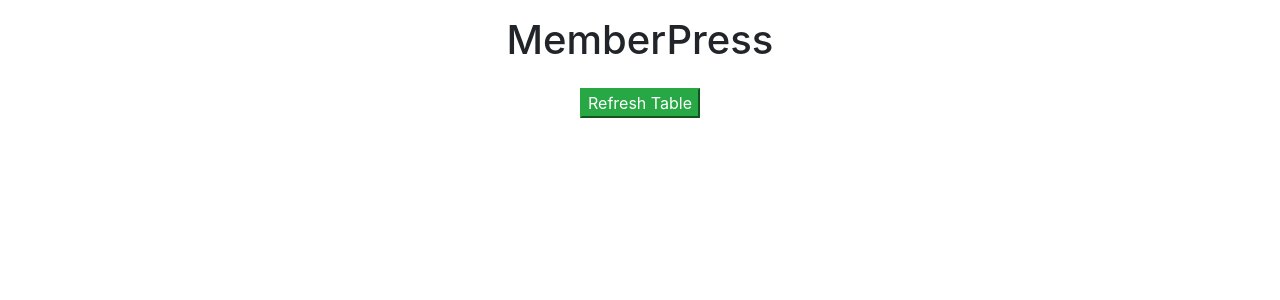
Repository: joeldelatte/JoelDelattemMemberPressChallenge
Page: public/index.html
The author's editor kept a copy of each file at every save. The page is drawn from the files as they stood at one save, then again after the next save.
The browser window is 1280 px wide. The pictures show the whole page.
The page's requests for data from a server got no answer. Some web libraries are served in a nearby version.

Above is the page before, as saved 2020-06-21 22:23:55.

After the next save:
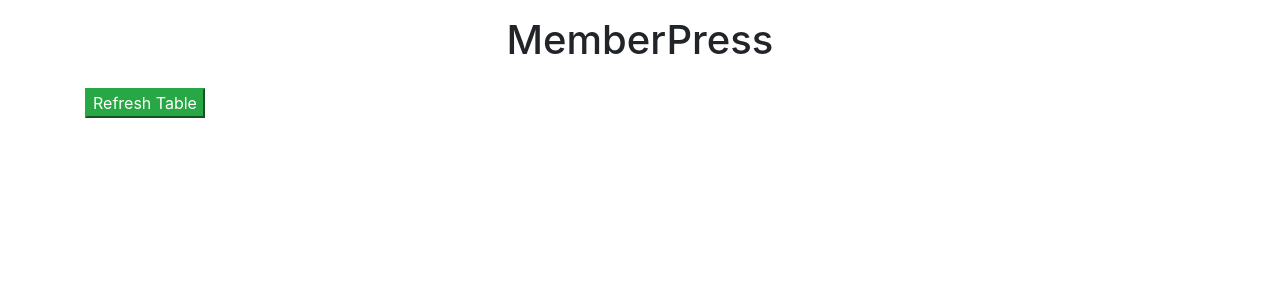
Saved 26 s later.
--- a/public/style.css
+++ b/public/style.css
@@ -1,5 +1,9 @@
 .container {
     text-align: center;
+}
+
+button {
+    display: block;
 }
 
 h1 {

After the 2 saves that followed:
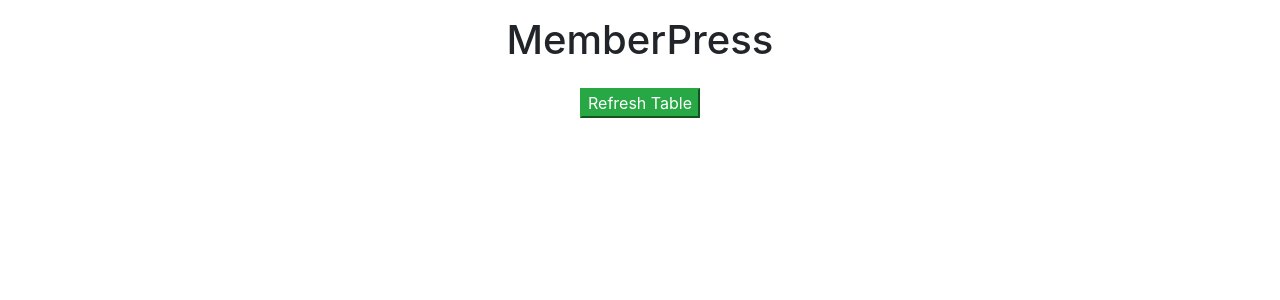
The 2 saves are shown as one change because 1 left the picture as it was.
The last was saved 40 s later.
--- a/public/style.css
+++ b/public/style.css
@@ -3,7 +3,7 @@
 }
 
 button {
-    display: block;
+    display: inline-block
 }
 
 h1 {
